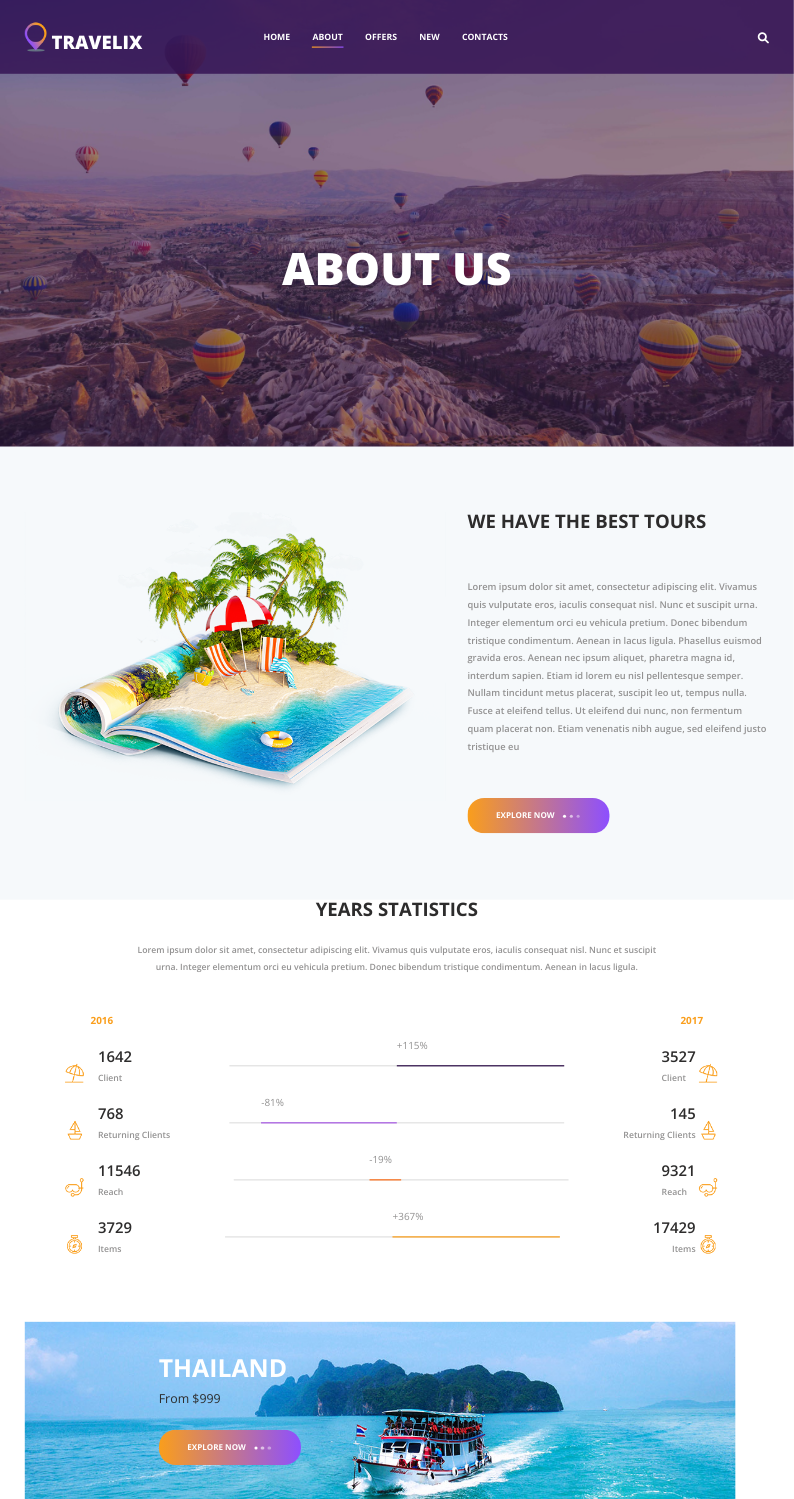
Repository: phamhuuloc/Travelix_Template
Page: about.html
The author's editor kept a copy of each file at every save. The page is drawn from the files as they stood at one save, then again after the next save.
The browser window is 1280 px wide. The pictures show the whole page, at 62% of full size.
Backgrounds fixed to the window are drawn as part of the page. Some web fonts or font styles are not loaded; a fallback is used.

Above is the page before, as saved 2021-10-13 10:22:53.

After the next save:
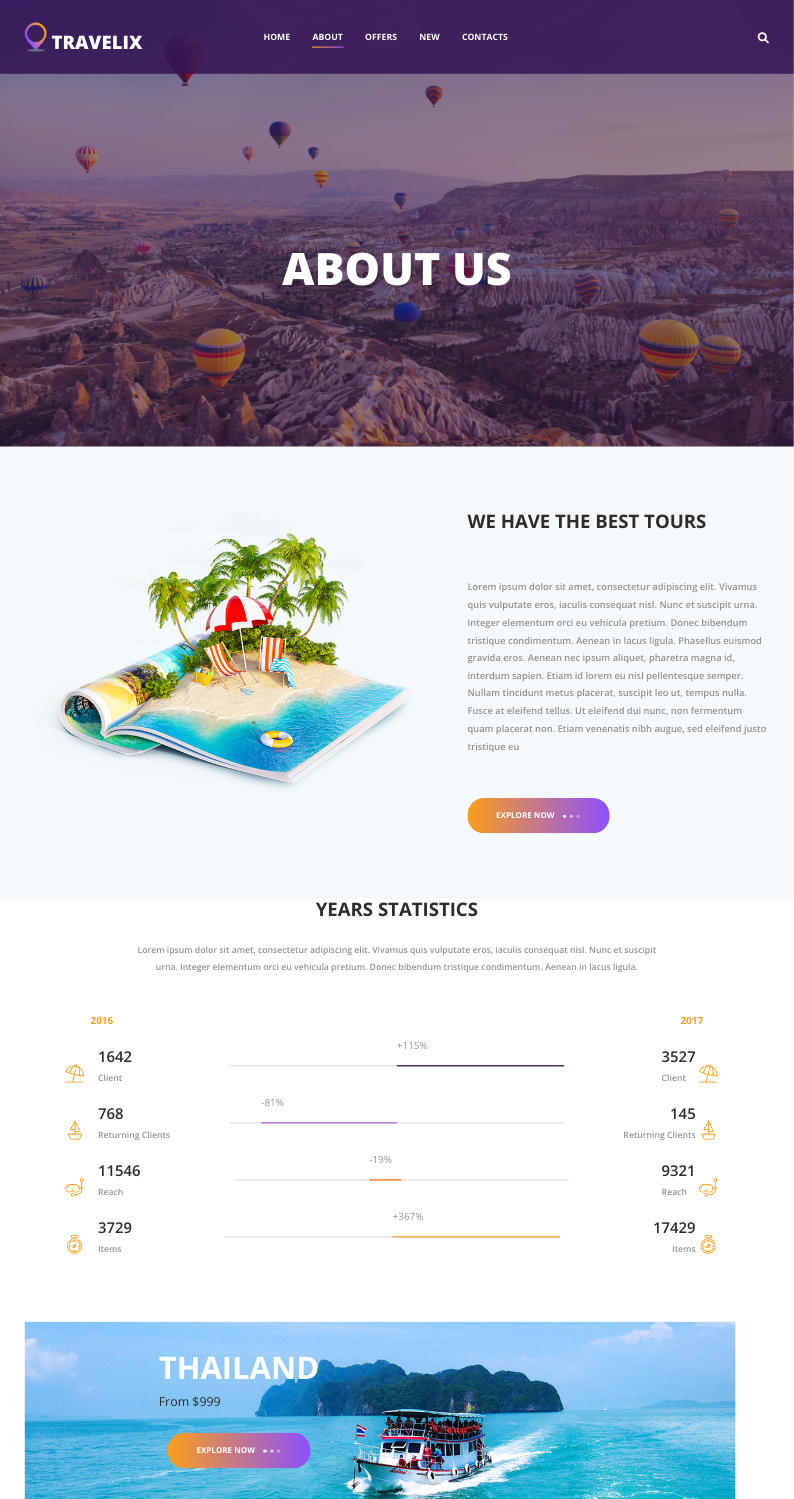
Saved 17 s later.
--- a/assets/css/about.css
+++ b/assets/css/about.css
@@ -139,7 +139,7 @@
   transform: translateY(-50%);
 }
 .popular__title {
-  font-size: 4rem;
+  font-size: 5rem;
   font-weight: 700;
   color: var(--white-color);
   text-transform: uppercase;
